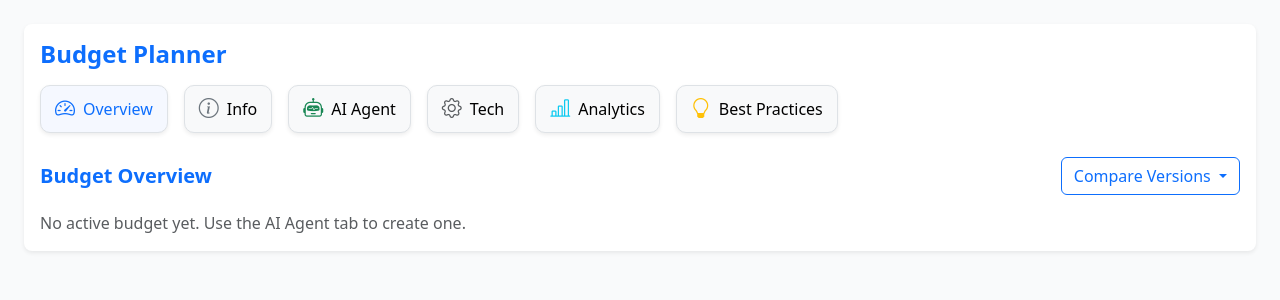
Repository: tonym642/bizcore360-wp
Page: pages/budget.html
An editor plug-in stored every save of this project. The page is shown before and after the next save, followed by the edit.
The browser window is 1280 px wide. The pictures show the whole page.

Above is the page before, as saved 2025-10-23 17:30:32.

After the next save:
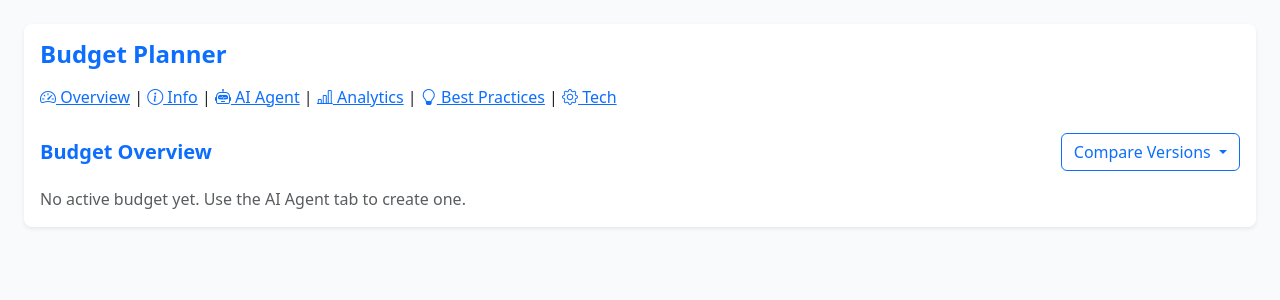
Saved 93 s later.
--- a/pages/budget.html
+++ b/pages/budget.html
@@ -39,26 +39,20 @@
       <h4 id="moduleTitle" class="fw-semibold text-primary mb-3">Budget Planner</h4>
 
       <!-- MENU -->
-      <div class="d-flex flex-wrap gap-3 mb-4" id="moduleMenu">
-        <button class="btn btn-light border shadow-sm d-flex align-items-center gap-2 active" data-target="main">
-          <i class="bi bi-speedometer2 fs-5 text-primary"></i><span class="fw-medium">Overview</span>
-        </button>
-        <button class="btn btn-light border shadow-sm d-flex align-items-center gap-2" data-target="info">
-          <i class="bi bi-info-circle fs-5 text-secondary"></i><span class="fw-medium">Info</span>
-        </button>
-        <button class="btn btn-light border shadow-sm d-flex align-items-center gap-2" data-target="ai">
-          <i class="bi bi-robot fs-5 text-success"></i><span class="fw-medium">AI Agent</span>
-        </button>
-        <button class="btn btn-light border shadow-sm d-flex align-items-center gap-2" data-target="tech">
-          <i class="bi bi-gear fs-5 text-muted"></i><span class="fw-medium">Tech</span>
-        </button>
-        <button class="btn btn-light border shadow-sm d-flex align-items-center gap-2" data-target="analytics">
-          <i class="bi bi-bar-chart-line fs-5 text-info"></i><span class="fw-medium">Analytics</span>
-        </button>
-        <button class="btn btn-light border shadow-sm d-flex align-items-center gap-2" data-target="best">
-          <i class="bi bi-lightbulb fs-5 text-warning"></i><span class="fw-medium">Best Practices</span>
-        </button>
-      </div>
+      <div class="inner-menu mb-4" id="moduleMenu">
+  <a href="#" class="active" data-target="main"><i class="bi bi-speedometer2"></i> Overview</a>
+  <span class="separator">|</span>
+  <a href="#" data-target="info"><i class="bi bi-info-circle"></i> Info</a>
+  <span class="separator">|</span>
+  <a href="#" data-target="ai"><i class="bi bi-robot"></i> AI Agent</a>
+  <span class="separator">|</span>
+  <a href="#" data-target="analytics"><i class="bi bi-bar-chart-line"></i> Analytics</a>
+  <span class="separator">|</span>
+  <a href="#" data-target="best"><i class="bi bi-lightbulb"></i> Best Practices</a>
+  <span class="separator">|</span>
+  <a href="#" data-target="tech"><i class="bi bi-gear"></i> Tech</a>
+</div>
+
 
       <!-- OVERVIEW -->
       <div id="main" class="content-section">

After the save that followed:
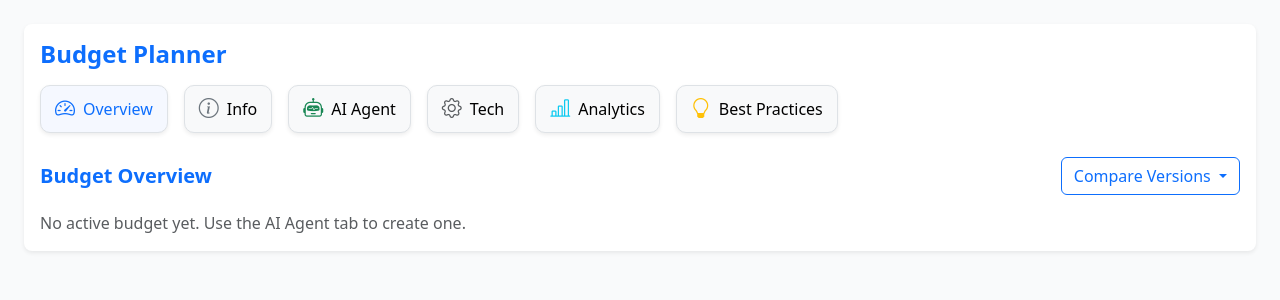
Saved 97 s later.
--- a/pages/budget.html
+++ b/pages/budget.html
@@ -39,20 +39,26 @@
       <h4 id="moduleTitle" class="fw-semibold text-primary mb-3">Budget Planner</h4>
 
       <!-- MENU -->
-      <div class="inner-menu mb-4" id="moduleMenu">
-  <a href="#" class="active" data-target="main"><i class="bi bi-speedometer2"></i> Overview</a>
-  <span class="separator">|</span>
-  <a href="#" data-target="info"><i class="bi bi-info-circle"></i> Info</a>
-  <span class="separator">|</span>
-  <a href="#" data-target="ai"><i class="bi bi-robot"></i> AI Agent</a>
-  <span class="separator">|</span>
-  <a href="#" data-target="analytics"><i class="bi bi-bar-chart-line"></i> Analytics</a>
-  <span class="separator">|</span>
-  <a href="#" data-target="best"><i class="bi bi-lightbulb"></i> Best Practices</a>
-  <span class="separator">|</span>
-  <a href="#" data-target="tech"><i class="bi bi-gear"></i> Tech</a>
-</div>
-
+      <div class="d-flex flex-wrap gap-3 mb-4" id="moduleMenu">
+        <button class="btn btn-light border shadow-sm d-flex align-items-center gap-2 active" data-target="main">
+          <i class="bi bi-speedometer2 fs-5 text-primary"></i><span class="fw-medium">Overview</span>
+        </button>
+        <button class="btn btn-light border shadow-sm d-flex align-items-center gap-2" data-target="info">
+          <i class="bi bi-info-circle fs-5 text-secondary"></i><span class="fw-medium">Info</span>
+        </button>
+        <button class="btn btn-light border shadow-sm d-flex align-items-center gap-2" data-target="ai">
+          <i class="bi bi-robot fs-5 text-success"></i><span class="fw-medium">AI Agent</span>
+        </button>
+        <button class="btn btn-light border shadow-sm d-flex align-items-center gap-2" data-target="tech">
+          <i class="bi bi-gear fs-5 text-muted"></i><span class="fw-medium">Tech</span>
+        </button>
+        <button class="btn btn-light border shadow-sm d-flex align-items-center gap-2" data-target="analytics">
+          <i class="bi bi-bar-chart-line fs-5 text-info"></i><span class="fw-medium">Analytics</span>
+        </button>
+        <button class="btn btn-light border shadow-sm d-flex align-items-center gap-2" data-target="best">
+          <i class="bi bi-lightbulb fs-5 text-warning"></i><span class="fw-medium">Best Practices</span>
+        </button>
+      </div>
 
       <!-- OVERVIEW -->
       <div id="main" class="content-section">
